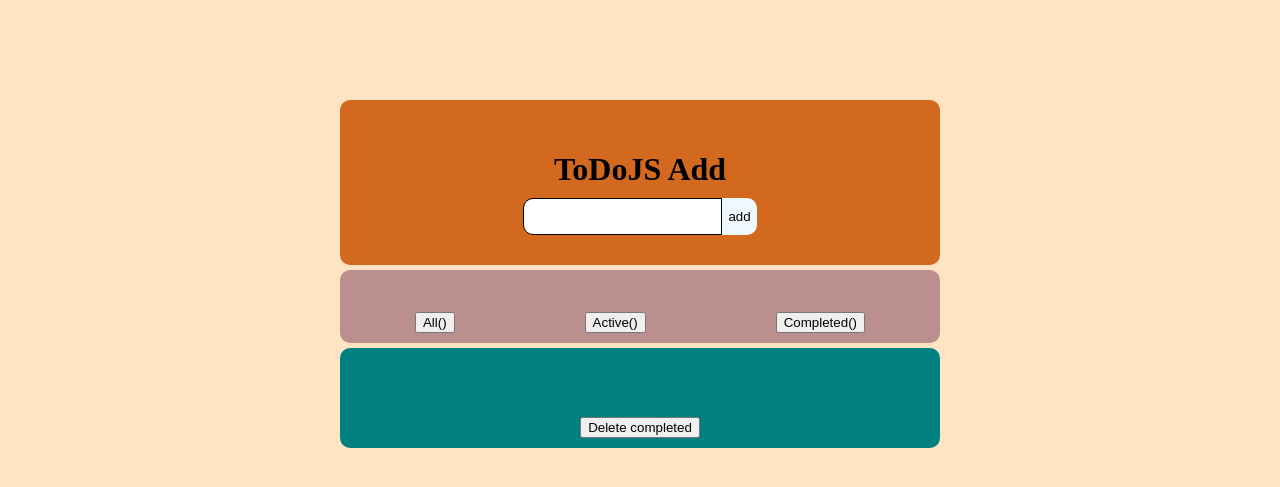
Repository: Savich01/todoTest
Page: index.html
These files come from the project's save history. The page is drawn as it stood at one moment and after the next save; the edit follows.
The browser window is 1280 px wide. The pictures show the whole page.

Above is the page before, as saved 2024-05-06 10:47:17.

### index.html
<!DOCTYPE html>
<html lang="en">
<head>
    <meta charset="UTF-8">
    <meta name="viewport" content="width=device-width, initial-scale=1.0">
    <link rel="stylesheet" href="css/style.css">
    <title>ToDO</title>
</head>
<body>
    <header class="header">
        <div class="header-block">
            <div class="header-block__sub">
                <h1 class="title">ToDoJS Add</h1>
                <form class="personal" action="#">
                    <input type="text" class="personal-input">
                    <button class="personal-btn">add</button>
                </form>
            </div>
        </div>
    </header>
     <main class="main">
        <div class="main-block">

               <ul class="main-container--list">
                <li class="main-container--list-link"></li>
               </ul>






            <div class="main-button">
                 <button class="main-btn1">All()</button>
                 <button class="main-btn2">Active()</button>
                 <button class="main-btn3">Completed()</button>
            </div>
            </div>
     </main>
     <footer class="footer">
        <div class="footer-block">
            <div class="footer-btn">
                <button class="btn">Delete completed</button>
            </div>
        </div>
     </footer>
        <script src="js/script.js"></script>
</body>
</html>

### css/style.css
ul,li {
    text-decoration: none;
    list-style: none;
}


/*------------HEADER-------------------------------------*/

body {
    max-width: 100%;
    background: #FFE4C4;
}
.header {
    margin-top: 100px;
    margin-bottom: 5px;
}
.header-block {
    max-width: 600px;
    margin: 0 auto;
    background: #D2691E;
    border-radius: 10px;
}
 .header-block__sub {
    display: flex;
    flex-direction: column;
    justify-content: center;
    align-items: center;
    padding: 30px 0px;
 }

 .title {
    margin-bottom: 10px;
 }

 .personal {
    display: flex;
    justify-content: center;
 }

 .personal-input{
    padding: 10px;
    border: 1px solid #000;
    border-radius: 10px 0px 0px 10px;
 }
.personal-btn {
    border: none;
    background-color: aliceblue;
    border-radius: 0px 10px 10px 0px;
    cursor: pointer;
}
/*------------------MAIN-------------------------------------*/

.main-block {
   max-width: 600px;
   margin: 0 auto;
   background: #BC8F8F;
   min-height: 70px;
   border-radius: 10px;
   display:flex;
   flex-direction: column;
   justify-content: space-between;
   margin-bottom: 5px;
}

.main-block--list{
    display: flex;
    align-items: center;
    justify-content: center;
    padding-right: 47px;
}

.main-block--list-link{
    display: flex;
    align-items: center;
}

.main-block--text{
    margin-left: 10px;
}

.checkbox-active{
    width: 20px;
    height: 17px;
}

.main-block--text{
    transform: translateY(1px);
}

.main-list{
  padding: 0px 30px;
}
.main-list--link{
  display: flex;
  align-items: center;
  justify-content: space-between;
  margin-bottom: 15px;
  padding: 10px;
  background-color: #FFE4C4;
}



























.main-button {
    padding: 10px;
    display: flex;
    align-items: flex-end;
    justify-content: space-around
}

/* .main-container {
    background: rgba(183, 231, 62, 0.699);
    border-radius: 20px;
    margin: 15px;
    /* display: none; */
/* } */

/* .main-container--list{
    background-color: #20B2AA;
    border-radius: 10px;
    margin: 25px;
    display: flex;
    align-items: center;
    justify-content: space-between;
} */

/* .main-container--list-link {
    padding: 10px;
    display: flex;
    align-items: center;
    justify-content: space-between;
} */
/* .main-checked{
    width: 20px;
    height: 16px;
    cursor: pointer;
} */
/* .main-text{
    display: inline-block;
    margin-left: 15px;
    transform: translateY(1px);
} */
/* .main--list-btn{
    min-width: 20px;
    max-width: 23px;
    background: #FFFFE0;
    align-items: center;
    margin-right: 25px;
    cursor: pointer;
    border: none;
    background: #B22222;
} */
/*--------------*/

/*--------------*/


/*------------------FOOTER--------------------------------------------------*/

.footer-block {
    max-width: 600px;
    margin: 0 auto;
    background: #008080;
    height: 100px;
    border-radius: 10px;
    display: flex;
    align-items: flex-end;
    justify-content: space-around;
}
.footer-btn {
    padding: 10px;
}

Loaded but not shown: js/script.js (no copy from this time; the picture is the same without it)

After the next save:
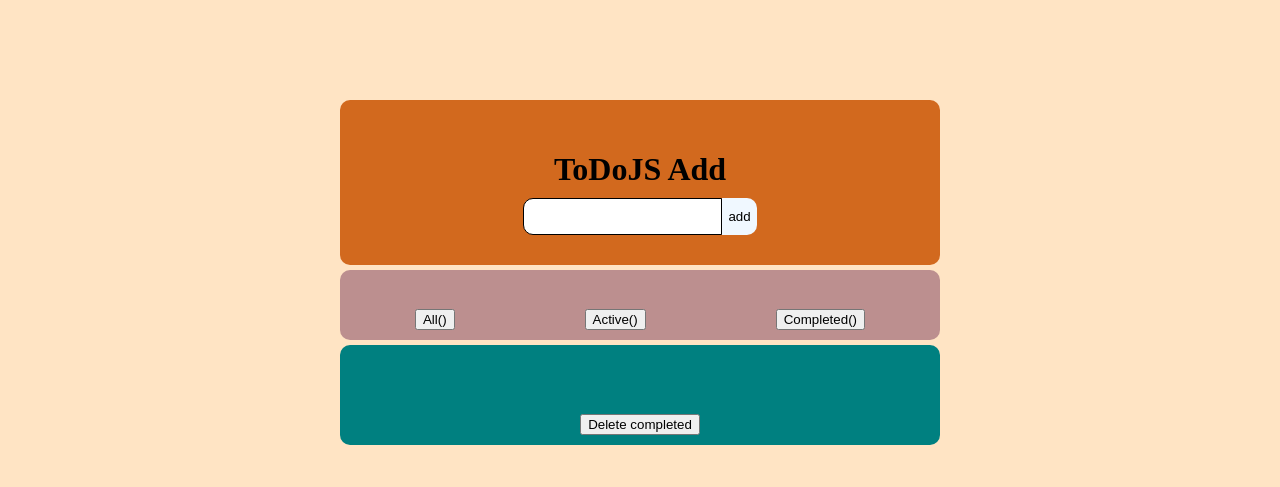
Saved 99 s later.
--- a/index.html
+++ b/index.html
@@ -21,11 +21,12 @@
      <main class="main">
         <div class="main-block">
 
-               <ul class="main-container--list">
+            <div class="container">
+                <ul class="main-container--list">
                 <li class="main-container--list-link"></li>
                </ul>
 
-
+            </div>
 
 
 
